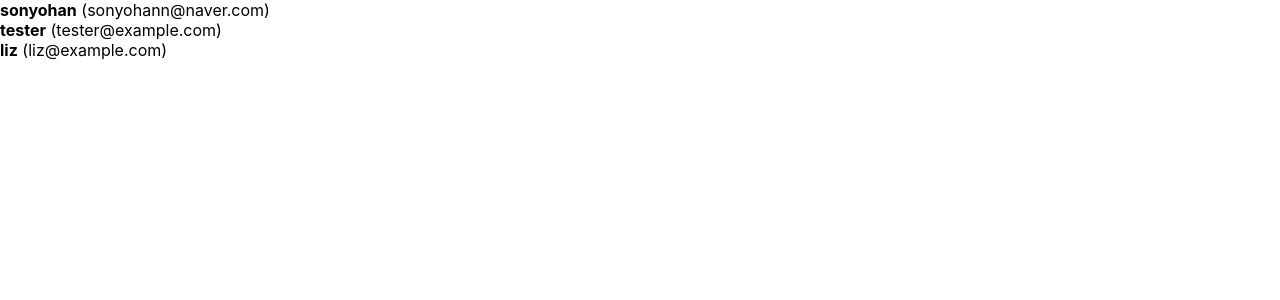
Repository: sonyohann/begin-react
Page: /
An editor plug-in stored every save of this project. The page is shown before and after the next save, followed by the edit.
The browser window is 1280 px wide. The pictures show the whole page.
The project was rebuilt for these pictures with package versions that can differ from the ones it lists, and the page was loaded fresh each time. Also part of the build but not shown: src/InputSample.js.

Above is the page before, as saved 2021-11-25 16:07:14.

After the next save:
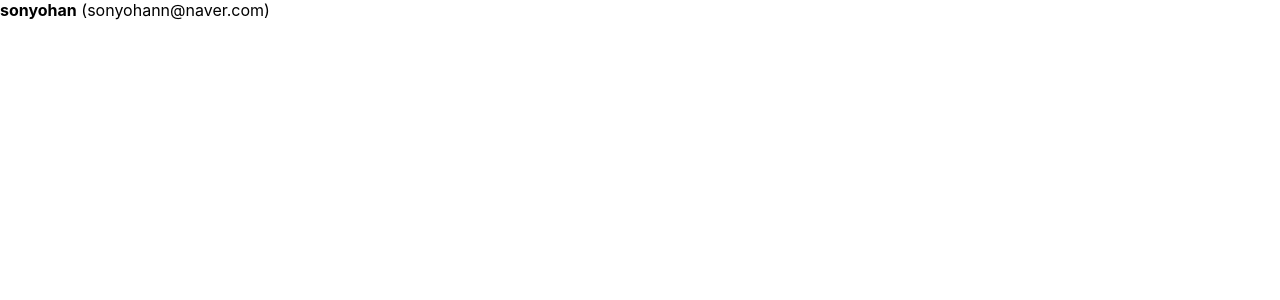
Saved 91 s later.
--- a/src/UserList.js
+++ b/src/UserList.js
@@ -3,7 +3,7 @@
 function User({ user }) {
   return (
     <div>
-      <b>{users[0].username}</b> <span>({users[0].email})</span>
+      <b>{user.username}</b> <span>({user.email})</span>
     </div>
   );
 }
@@ -29,15 +29,7 @@
 
   return (
     <div>
-      <div>
-        <b>{users[0].username}</b> <span>({users[0].email})</span>
-      </div>
-      <div>
-        <b>{users[1].username}</b> <span>({users[1].email})</span>
-      </div>
-      <div>
-        <b>{users[2].username}</b> <span>({users[2].email})</span>
-      </div>
+      <User user={users[0]} />
     </div>
   );
 }

After the save that followed:
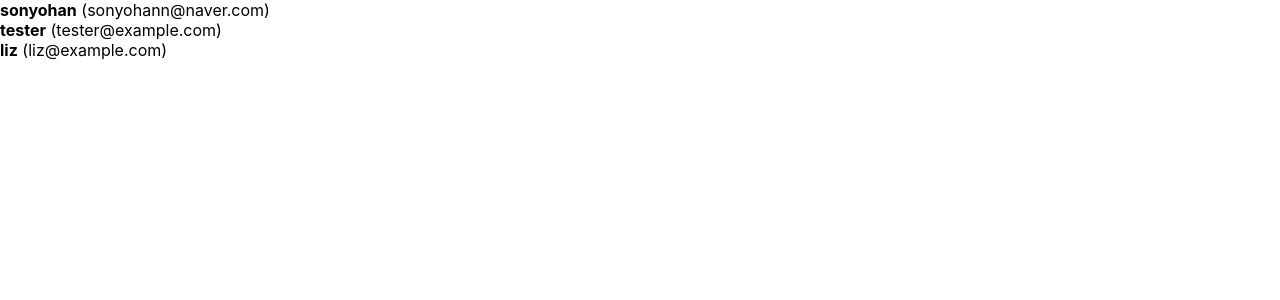
Saved 11 s later.
--- a/src/UserList.js
+++ b/src/UserList.js
@@ -30,6 +30,8 @@
   return (
     <div>
       <User user={users[0]} />
+      <User user={users[1]} />
+      <User user={users[2]} />
     </div>
   );
 }
